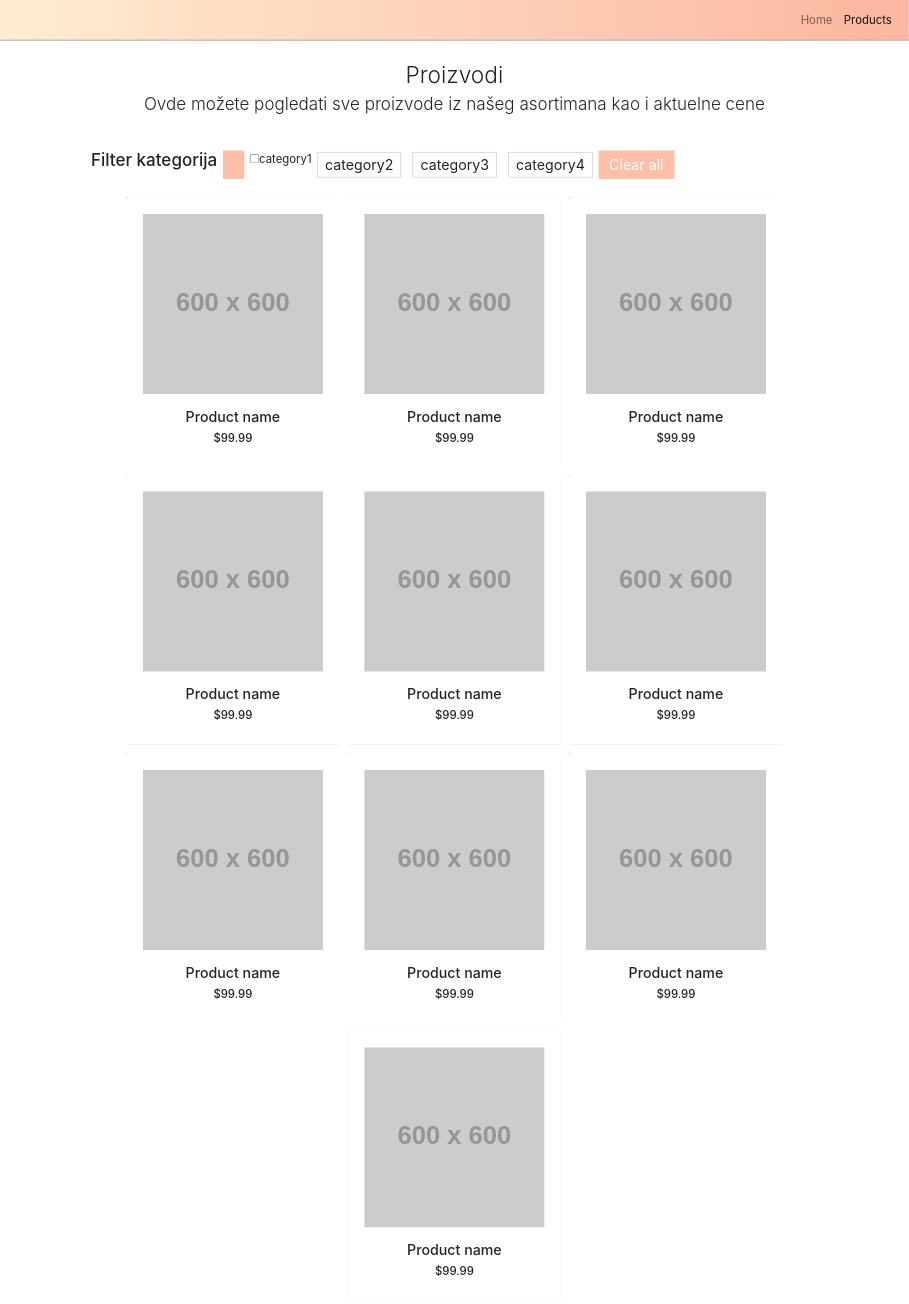
Repository: StevanFilipovic/TemplateForSinglepageWebsite
Page: products.html
These files come from the project's save history. The page is drawn as it stood at one moment and after the next save; the edit follows.
The browser window is 1280 px wide. The pictures show the whole page, at 71% of full size.
Some web libraries are served in a nearby version.

Above is the page before, as saved 2018-06-15 10:51:32.

After the next save:
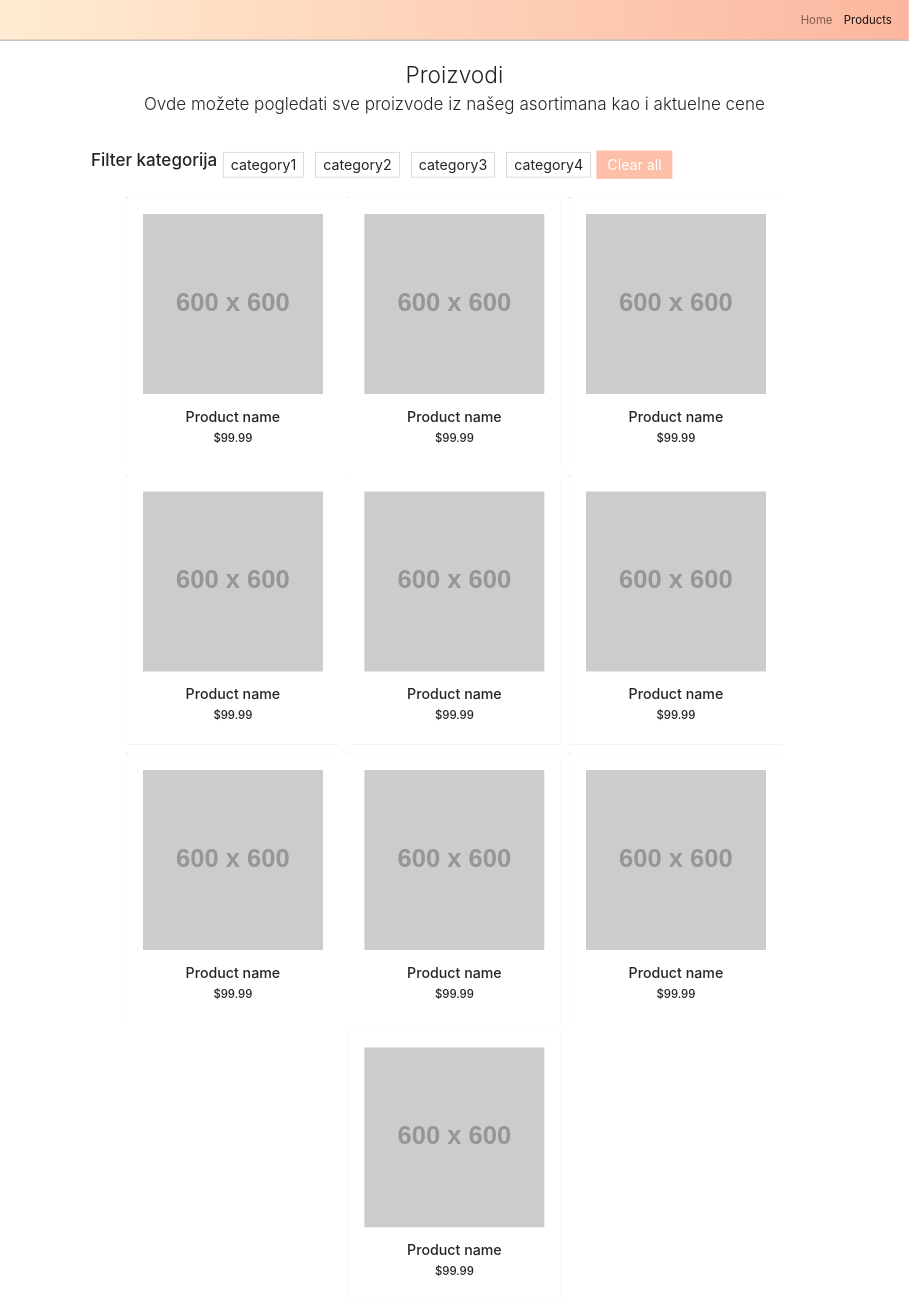
Saved 111 s later.
--- a/products.html
+++ b/products.html
@@ -89,13 +89,7 @@ function ProductFilterLevel1(products, filters) {
 <div id="filters" class="products">
     <div class="filter-wrapper">
       <h4>Filter kategorija</h4>
-
-        <input type="button" class="filter-container button-clear dugme">
-      <label >
-          <input type="checkbox" name="colour" id="category1" value="category1" ><span class="filters-title">category1</span></input>
-      </label>
-    </input>
-
+      <label class="filter-container"><input type="checkbox" name="colour" id="category1" value="category1" ><span class="filters-title">category1</span></input></label>
       <label class="filter-container"><input type="checkbox" name="colour" id="category2" value="category2"><span class="filters-title">category2</span></input></label>
       <label class="filter-container"><input type="checkbox" name="colour" id="category3" value="category3"><span class="filters-title">category3</span></input></label>
       <label class="filter-container"><input type="checkbox" name="colour" id="category4" value="category4"><span class="filters-title">category4</span></input></label>
